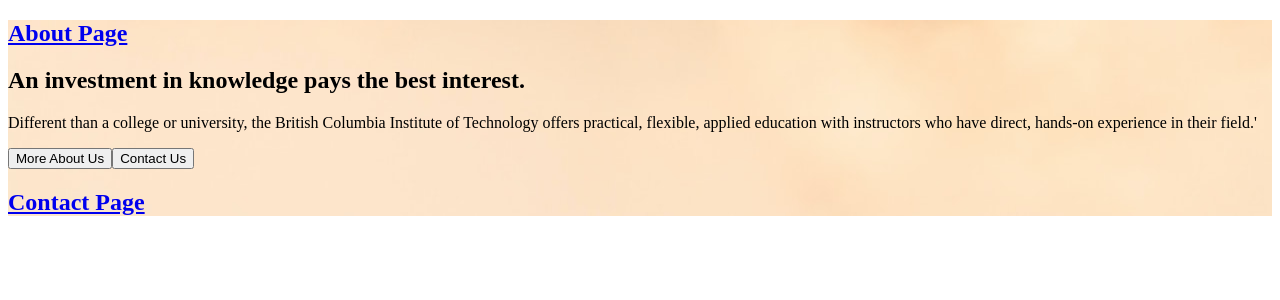
Repository: sierralaurent/MDIA2109-Assignment01
Page: /
The author's editor kept a copy of each file at every save. The page is drawn from the files as they stood at one save, then again after the next save.
The browser window is 1280 px wide. The pictures show the whole page.
The project was rebuilt for these pictures with package versions that can differ from the ones it lists, and the page was loaded fresh each time. The framework's server and built-in components were replaced by stand-ins that run in the browser. Also part of the build but not shown: next.config.js.

Above is the page before, as saved 2023-01-31 11:08:36.

After the next save:
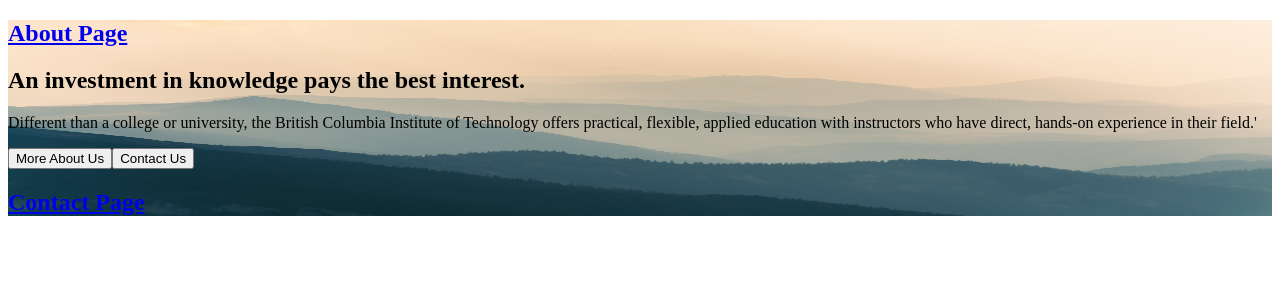
Saved 3 min 28 s later.
--- a/styles/Home.module.css
+++ b/styles/Home.module.css
@@ -9,4 +9,5 @@
 }
 .main {
   background-image: url('/background-images/backgroundMountain.jpg');
+  background-size: 100% 100%;
 }
